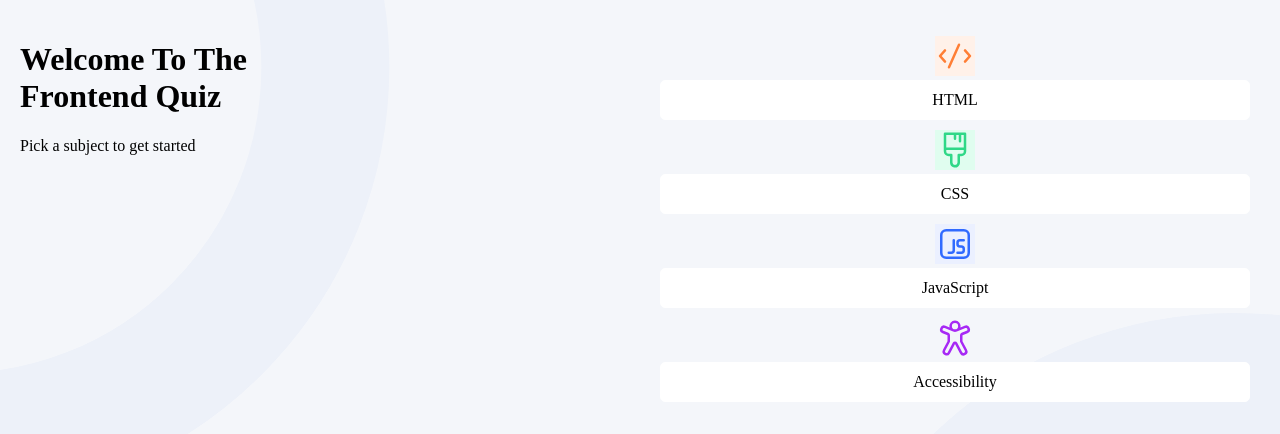
Repository: Daniel054311/Quiz-app-V1
Page: index.html
The author's editor kept a copy of each file at every save. The page is drawn from the files as they stood at one save, then again after a run of saves.
The browser window is 1280 px wide. The pictures show the whole page.

Above is the page before, as saved 2024-01-28 14:39:01.

After the next 3 saves:
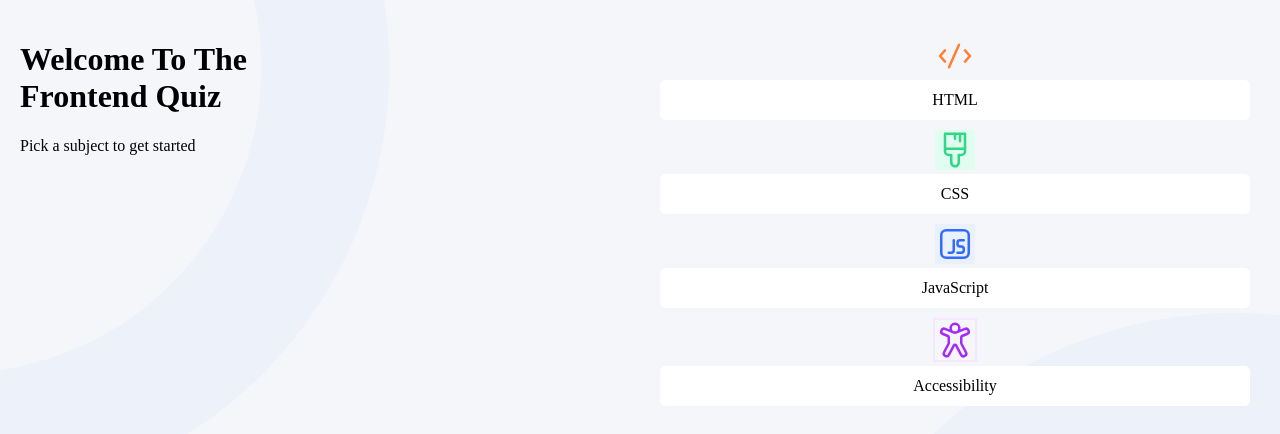
The 3 saves are shown as one change because they came seconds apart.
The last was saved 14 s later.
--- a/index.html
+++ b/index.html
@@ -17,7 +17,7 @@
             <div class="navigation">
                 <ul>
                   <li>
-                    <img src="./asset/images/icon-html.svg" alt="" style="background-color: #fff1E9">
+                    <img src="./asset/images/icon-html.svg" alt="" style="border: 2 #fff1E9">
                     <a href="#html">HTML</a>
                 </li>
                   <li>
@@ -29,7 +29,7 @@
                     <a href="#javascript">JavaScript</a>
                 </li>
                   <li>
-                    <img src="./asset/images/icon-accessibility.svg" alt="" style= "background-color:">
+                    <img src="./asset/images/icon-accessibility.svg" alt="" style= "border: 2px solid #F6E7FF">
                     <a href="#accessibility">Accessibility</a>
                 </li>
                 </ul>
